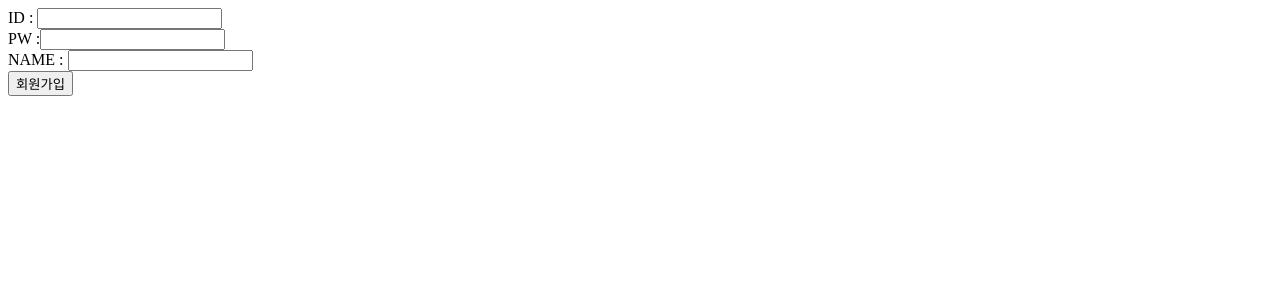
Repository: choiungsik/WEBStudy
Page: http://localhost/test1/join.jsp
An editor plug-in stored every save of this project. The page is shown before and after the next save, followed by the edit.
The browser window is 1280 px wide. The pictures show the whole page.
The page is served by Tomcat 9. Other server files are loaded and not shown.

Above is the page before, as saved 2020-07-21 01:09:54.

### test1/WebContent/join.jsp
<%@ page language="java" contentType="text/html; charset=EUC-KR"
    pageEncoding="EUC-KR"%>
<!DOCTYPE html>
<html>
<head>
<meta charset="EUC-KR">
<title>Insert title here</title>
</head>
<body>
	<form action = "JoinProgram" method = "post">
      ID : <input type = text name = id><br>
      PW :<input type = text name = pw><br>
      NAME : <input type = text name = name><br>
      <input type = submit value = "회원가입">
   </form>
</body>
</html>

After the next save:
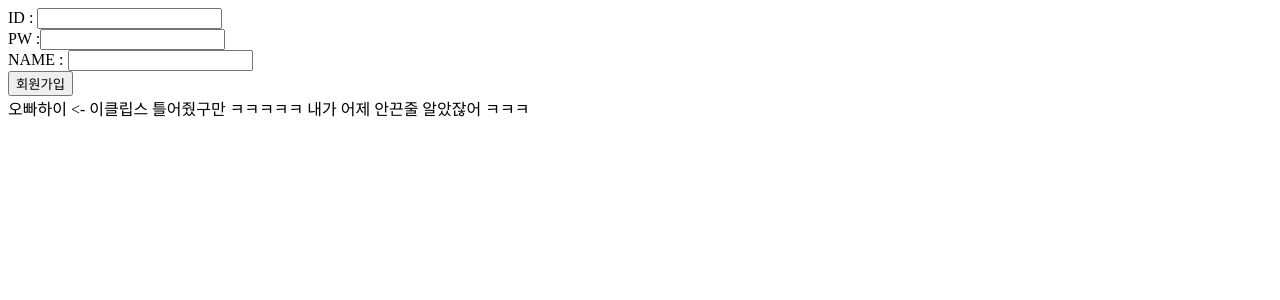
Saved 1 s later.
--- a/test1/WebContent/join.jsp
+++ b/test1/WebContent/join.jsp
@@ -13,5 +13,5 @@
       NAME : <input type = text name = name><br>
       <input type = submit value = "회원가입">
    </form>
-</body>
+</body>오빠하이 <- 이클립스 틀어줬구만 ㅋㅋㅋㅋㅋ 내가 어제 안끈줄 알았잖어 ㅋㅋㅋ
 </html>
